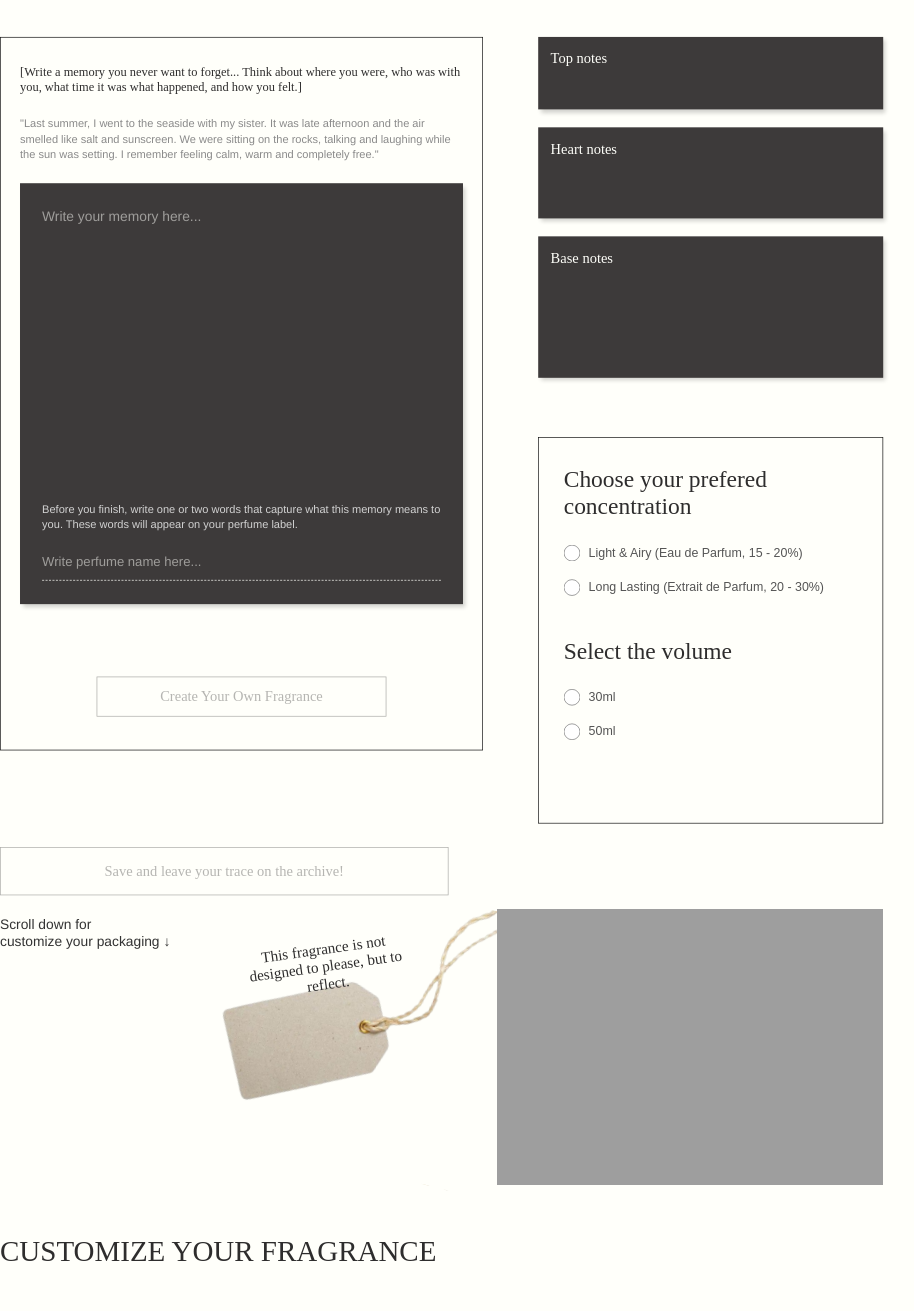
Repository: doagunes/Sillage
Page: /create
The author's editor kept a copy of each file at every save. The page is drawn from the files as they stood at one save, then again after a run of saves.
The browser window is 1280 px wide. The page is 1325 px wide, so the pictures cover 1325 px, including what lies to the right of the window. The pictures show the part of the page from y = 773 to 2673 px (the page is 4240 px tall), at 69% of full size.
Pictures or frames that could not be fetched are drawn as grey boxes. Some web fonts or font styles are not loaded; a fallback is used. The project was rebuilt for these pictures with package versions that can differ from the ones it lists, and the page was loaded fresh each time. Also part of the build but not shown: vite.config.js, src/pages/SignUp.css, src/pages/SignUp.jsx, src/pages/Login.css, src/pages/Login.jsx, src/components/DynamicPerfumeBottle.css, src/components/DynamicPerfumeBottle.jsx, src/pages/Account.css and 17 more.

Above is the page before, as saved 2026-06-06 12:51:02.

### index.html
<!doctype html>
<html lang="en">
  <head>
    <meta charset="UTF-8" />
    <link rel="icon" type="image/svg+xml" href="/favicon.svg" />
    <meta name="viewport" content="width=device-width, initial-scale=1.0" />
    <title>sillage</title>
  </head>
  <body>
    <div id="root"></div>
    <script type="module" src="/src/main.jsx"></script>
  </body>
</html>

### src/main.jsx
import React from 'react'
import ReactDOM from 'react-dom/client'
import App from './App'
import './index.css'
import "./styles/fonts.css";

ReactDOM.createRoot(document.getElementById('root')).render(
  <React.StrictMode>
    <App />
  </React.StrictMode>,
)

### src/App.jsx
import "./index.css";
import { BrowserRouter, Routes, Route } from "react-router-dom";
import { AuthProvider } from "./context/AuthContext";
import { CartProvider } from "./context/CartContext";

import SignUp from "./pages/SignUp";
import Login from "./pages/Login";
import Account from "./pages/Account";

import Home from "./pages/Home";
import About from "./pages/About";
import Create from "./pages/Create";
import Archive from "./pages/Archive";
import ArchiveDetail from "./pages/ArchiveDetail";
import Cart from "./pages/Cart";
import ScentDetail from "./pages/ScentDetail";

function App() {
  return (
    <AuthProvider>
      <CartProvider>
        <BrowserRouter>
          <Routes>
            <Route path="/" element={<Home />} />
            <Route path="/about" element={<About />} />
            <Route path="/create" element={<Create />} />
            <Route path="/archive" element={<Archive />} />
            <Route path="/archive/:id" element={<ArchiveDetail />} />

            <Route path="/signup" element={<SignUp />} />
            <Route path="/login" element={<Login />} />
            <Route path="/account" element={<Account />} />

            <Route path="/cart" element={<Cart />} />

            <Route path="/scents/:scentId" element={<ScentDetail />} />
          </Routes>
        </BrowserRouter>
      </CartProvider>
    </AuthProvider>
  );
}

export default App;

### src/index.css
@import "tailwindcss";

@font-face {
  font-family: "Richmond Display";
  src: url("./assets/fonts/RichmondDisplay-Light.otf") format("opentype");
  font-weight: 300;
  font-style: normal;
}

@font-face {
  font-family: "Helvetica Neue Light";
  src: url("./assets/fonts/HelveticaNeue-Light.otf") format("opentype");
  font-weight: 300;
  font-style: normal;
}

:root {
  --font-heading: "Richmond Display", serif;
  --font-body: "Helvetica Neue Light", Arial, sans-serif;
}

* {
  margin: 0;
  padding: 0;
  box-sizing: border-box;
}

body {
  background-color: #f7f3ee;
  font-family: var(--font-body);
}

h1,
h2,
h3,
h4,
h5,
h6 {
  font-family: var(--font-heading);
  font-weight: 300;
}
@keyframes luxuryFade {
  from {
    opacity: 0;
    transform: translateY(40px);
    filter: blur(8px);
  }

  to {
    opacity: 1;
    transform: translateY(0);
    filter: blur(0);
  }
}

.page-enter {
  animation: luxuryFade 1.8s cubic-bezier(0.22, 1, 0.36, 1);
}

### src/styles/fonts.css
@font-face {
  font-family: "Richmond Display";
  src: url("../assets/fonts/RichmondDisplay-Light.otf")
    format("opentype");
  font-weight: 300;
  font-style: normal;
}

@font-face {
  font-family: "Helvetica Neue Light";
  src: url("../assets/fonts/HelveticaNeue-Light.otf")
    format("opentype");
  font-weight: 300;
  font-style: normal;
}

### src/context/AuthContext.jsx
import { createContext, useContext, useEffect, useState } from "react";

const AuthContext = createContext();

const API_URL = "http://localhost:5001/api";

export function AuthProvider({ children }) {
  const [user, setUser] = useState(null);

  useEffect(() => {
    const savedCurrentUser = localStorage.getItem("sillageCurrentUser");

    if (savedCurrentUser) {
      setUser(JSON.parse(savedCurrentUser));
    }
  }, []);

  const signup = async ({ username, email, password }) => {
    try {
      const response = await fetch(`${API_URL}/signup`, {
        method: "POST",
        headers: {
          "Content-Type": "application/json",
        },
        body: JSON.stringify({
          username,
          email,
          password,
        }),
      });

      const data = await response.json();

      if (!response.ok) {
        return {
          success: false,
          message: data.message || "Signup failed.",
        };
      }

      localStorage.setItem("sillageCurrentUser", JSON.stringify(data));
      setUser(data);

      return {
        success: true,
        user: data,
      };
    } catch (error) {
      return {
        success: false,
        message: "Could not connect to the server.",
      };
    }
  };

  const login = async (email, password) => {
    try {
      const response = await fetch(`${API_URL}/login`, {
        method: "POST",
        headers: {
          "Content-Type": "application/json",
        },
        body: JSON.stringify({
          email,
          password,
        }),
      });

      const data = await response.json();

      if (!response.ok) {
        return {
          success: false,
          message: data.message || "Login failed.",
        };
      }

      localStorage.setItem("sillageCurrentUser", JSON.stringify(data));
      setUser(data);

      return {
        success: true,
        user: data,
      };
    } catch (error) {
      return {
        success: false,
        message: "Could not connect to the server.",
      };
    }
  };

  const logout = () => {
    localStorage.removeItem("sillageCurrentUser");
    setUser(null);
  };

  const isLoggedIn = Boolean(user);

  return (
    <AuthContext.Provider value={{ user, isLoggedIn, signup, login, logout }}>
      {children}
    </AuthContext.Provider>
  );
}

export function useAuth() {
  return useContext(AuthContext);
}

### src/components/Navbar.jsx
import "./Navbar.css";
import { Link } from "react-router-dom";
import { useAuth } from "../context/AuthContext";

import logo from "../assets/navbar/sillage-logo.svg";
import userIcon from "../assets/navbar/user-icon.svg";
import bagIcon from "../assets/navbar/bag-icon.svg";
import instagramIcon from "../assets/navbar/instagram-icon.svg";

function Navbar() {
  const { isLoggedIn } = useAuth();

  return (
    <header className="navbar">
      <Link to="/" className="logo">
        <img src={logo} alt="sillage" />
      </Link>

      <nav className="nav-links">
        <Link to="/about">About</Link>
        <Link to="/create">Create Your Own Fragrance</Link>
        <Link to="/archive">Memory Archive</Link>
      </nav>

      <div className="nav-icons">
        <Link to={isLoggedIn ? "/account" : "/signup"} className="nav-icon-link">
          <img src={userIcon} alt="Account" />
        </Link>

        <Link to="/cart" className="nav-icon-link">
          <img src={bagIcon} alt="Cart" />
        </Link>

        <a
          href="https://www.instagram.com/"
          target="_blank"
          rel="noreferrer"
          className="nav-icon-link"
        >
          <img src={instagramIcon} alt="Instagram" />
        </a>
      </div>
    </header>
  );
}

export default Navbar;

### src/components/Footer.jsx
import "./Footer.css";
import { Link } from "react-router-dom";
import logo from "../assets/sillage-logo-b.svg";

function Footer() {
  return (
    <footer className="footer">
      <Link to="/" className="footer-brand">
        <img src={logo} alt="Sillage" />
      </Link>

      <div className="footer-col">
        <Link to="/about">
          <h3>About</h3>
        </Link>
      </div>

      <div className="footer-col">
        <h3>Scent Studio</h3>

        <Link to="/create">
          Create Your Own Perfume
        </Link>

        <Link to="/create">
          Customize Your Packaging
        </Link>
      </div>

      <div className="footer-col">
        <Link to="/archive">
          <h3>Memory Archive</h3>
        </Link>
      </div>

      <div className="footer-col contact">
        <h3>Contacts</h3>

        <p>info@sillageperfumery.com.tr</p>

        <p>
          +90 123 456 78 90 &nbsp; | &nbsp; Izmir / Turkey
        </p>
      </div>
    </footer>
  );
}

export default Footer;

### src/pages/Create.css
.create-page {
  background: #fffffa;
  color: #2E2D2D;
  font-family: "Helvetica Neue", Arial, sans-serif;
}

/* HERO */

.create-hero {
  width: 1280px;
  margin: 0 auto;
  display: grid;
  grid-template-columns: 50% 50%;
  border-left: 1px solid #111;
  border-right: 1px solid #111;
  border-bottom: 1px solid #111;
  border-top: none;
}

.create-hero-left {
  height: 330px;
  padding: 42px 32px 28px;
  box-sizing: border-box;

  display: flex;
  flex-direction: column;
  justify-content: space-between;
}

.create-hero-left h1 {
  margin: 0;
  font-family: "Richmond Display", serif;
  font-size: 44px;
  line-height: 1.18;
  font-weight: 300;
  letter-spacing: 0.01em;
  color: #2E2D2D;
}

.create-hero-left p {
  margin: 0;
  font-size: 36px;
  font-weight: 300;
  line-height: 1;
}

.create-hero-image {
  height: 330px;
  border-left: 1px solid #111;
  overflow: hidden;
}

.create-hero-image img {
  width: 100%;
  height: 100%;
  object-fit: cover;
  filter: grayscale(100%);
  display: block;
}

/* STEPS */

.steps-grid {
  width: 1280px;
  margin: 0 auto 62px;
  display: grid;
  grid-template-columns: repeat(4, 1fr);
  border-left: 1px solid #111;
}

.step-card {
  min-height: 270px;
  border-right: 1px solid #111;
  border-bottom: 1px solid #111;
  position: relative;
  padding: 100px 28px 28px;
  box-sizing: border-box;
}

.step-number {
  position: absolute;
  top: 0;
  left: 0;
  width: 66px;
  height: 66px;
  border-right: 1px solid #111;
  border-bottom: 1px solid #111;

  display: flex;
  align-items: center;
  justify-content: center;

  font-family: "Richmond Display", serif;
  font-size: 44px;
  font-weight: 300;
  line-height: 1;
}

.step-card p {
  margin: 0;
  font-size: 30px;
  line-height: 1.22;
  font-weight: 100;
}

/* CREATE MAIN */

.create-main {
  width: 1280px;
  margin: 70px auto 0;

  display: grid;
  grid-template-columns: 700px 500px;

  gap: 80px;

  align-items: start;
}

.memory-panel {
  border: 1px solid #111;
  padding: 38px 28px 48px;
  min-height: 900px;
  box-sizing: border-box;
}

.memory-panel h3 {
  margin: 0 0 30px;
  font-family: "Richmond Display", serif;
  font-size: 18px;
  font-weight: 400;
  line-height: 1.28;
}

.memory-panel > p {
  margin: 0 0 32px;
  color: #8a8a8a;
  font-size: 16px;
  line-height: 1.35;
  font-family: "Helvetica Neue", Arial, sans-serif;
}

.memory-input {
  background: #3d3a3a;
  color: #fffffa;
  height: 610px;
  padding: 34px 32px;
  box-sizing: border-box;
  display: flex;
  flex-direction: column;
  box-shadow: 4px 5px 6px rgba(0, 0, 0, 0.18);
  font-family: "Helvetica Neue", Arial, sans-serif;
}

.memory-input textarea {
  flex: 1;
  min-height: 360px;
  background: transparent;
  border: none;
  color: #fffffa;
  font-size: 20px;
  line-height: 1.4;
  outline: none;
  resize: none;
}

.memory-input span {
  color: #d2d2d2;
  font-size: 16px;
  line-height: 1.35;
  margin-top: auto;
}

.memory-title-input {
  margin-top: 22px;
  background: transparent;
  border: none;
  border-bottom: 1px dashed #fffffa;
  color: #fffffa;
  font-size: 19px;
  outline: none;
  padding: 8px 0 12px;
}

.memory-panel > button {
  width: 420px;
  height: 58px;
  margin: 105px auto 0;
  display: block;
  border: 1px solid #111;
  background: transparent;
  font-family: "Richmond Display", serif;
  font-size: 21px;
  cursor: pointer;
}

/* NOTES */

.notes-panel {
  display: grid;
  grid-template-columns: 1fr;
  gap: 26px;
}

.note-box {
  height: 105px;
  background: #3d3a3a;
  color: #fffffa;
  padding: 16px 18px;
  box-sizing: border-box;
  box-shadow: 4px 5px 6px rgba(0, 0, 0, 0.18);

  overflow-y: auto;
  overflow-x: hidden;
}

.note-heart {
  height: 132px;
  overflow-y: auto;
}

.note-base {
  height: 205px;
  overflow-y: auto;
}

.note-box h3 {
  margin: 0 0 8px;
  font-family: "Richmond Display", serif;
  font-size: 21px;
  font-weight: 300;
}

/* OPTIONS */

.options-box {
  border: 1px solid #111;

  min-height: 560px;

  padding: 40px 36px;

  box-sizing: border-box;

  margin-top: 60px;

  background: #fffffa;
}

.options-box h3 {
  margin: 0 0 36px;

  font-family: "Richmond Display", serif;
  font-size: 34px;
  font-weight: 300;
  line-height: 1.15;

  color: #2E2D2D;
}

.options-box h3:nth-of-type(2) {
  margin-top: 60px;
}

.options-box label {
  display: flex;
  align-items: center;

  margin-bottom: 26px;

  font-family: "Helvetica Neue Light", sans-serif;
  font-size: 18px;
  font-weight: 300;
  line-height: 1.3;

  color: #555;
}

.options-box input {
  width: 24px;
  height: 24px;

  margin-right: 12px;

  accent-color: #111;

  flex-shrink: 0;
}

/* SAVE */

.archive-save {
  width: 1280px;
  margin: 34px auto 80px;
  position: relative;
  z-index: 20;
}

.archive-save button {
  width: 650px;
  height: 70px;
  border: 1px solid #111;
  background: transparent;
  font-family: "Richmond Display", serif;
  font-size: 21px;
  cursor: pointer;
  position: relative;
  z-index: 21;
}

/* TAG */

.tag-section {
  width: 1280px;
  height: 360px;
  margin: 0 auto 45px;
  position: relative;
}

.scroll-hint {
  position: absolute;
  left: 0;
  top: -50px;

  display: flex;
  flex-direction: column;

  font-size: 20px;
  font-weight: 300;
  line-height: 1.25;
  color: #333;
}

.tag-wrapper {
  position: absolute;
  left: 257px;
  top: -150px;

  width: 500px;
  height: auto;
}

.tag-img {
  width: 500px;
  height: auto;
  display: block;
}

.tag-text {
  position: absolute;

  left: 90px;
  top: 135px;

  width: 250px;

  font-family: var(--font-heading);
  font-size: 22px;
  font-weight: 300;
  line-height: 1.15;
  text-align: center;
  color: #2e2d2d;

  transform: rotate(-8deg);
}

.tag-photo-img {
  position: absolute;
  right: 0;
  top: -60px;

  width: 560px;
  height: 400px;
  object-fit: cover;
  display: block;
}

/* CUSTOMIZE SECTION */

.customize-section {
  width: 1280px;
  margin: 0 auto 90px;
}

.customize-section h2 {
  font-family: "Richmond Display", serif;
  font-size: 42px;
  font-weight: 100;
  margin: 0 0 55px;
  color: #2E2D2D;
}

.customize-grid {
  display: grid;
  grid-template-columns: 58% 42%;
  gap: 45px;
  align-items: start;
}

.package-preview {
  width: 100%;
  height: 670px;
  overflow: hidden;
}

.package-preview img {
  width: 100%;
  height: 100%;
  object-fit: cover;
  display: block;
}

/* RIGHT PANEL */

.package-customize-panel h3 {
  font-family: "Richmond Display", serif;
  font-size: 28px;
  font-weight: 300;
  line-height: 1.2;
  margin: 0 0 35px;
  color: #222;
}

.package-upload-box {
  height: 260px;
  border: 2px dashed #c9d1d8;
  display: flex;
  flex-direction: column;
  align-items: center;
  justify-content: center;
  gap: 22px;
  position: relative;
  margin-bottom: 150px;
}

.upload-icon {
  font-size: 34px;
  color: #111;
  line-height: 1;
}

.package-upload-box p {
  margin: 0;
  text-align: center;
  font-size: 25px;
  font-weight: 300;
  line-height: 1.25;
  color: #666;
}

.package-upload-plus {
  width: 58px;
  height: 58px;
  background: #202020;
  color: #fffffa;
  display: flex;
  align-items: center;
  justify-content: center;
  font-size: 34px;
  font-weight: 300;
  cursor: pointer;
}

.package-upload-preview {
  width: 100%;
  height: 100%;
  object-fit: cover;
}

.package-description {
  font-size: 19px;
  font-weight: 100;
  line-height: 1.22;
  color: #333;
  margin: 0;
}

/* PACKAGING CHOICE */

.packaging-choice-section {
  width: 1280px;
  margin: 120px auto 110px;
  display: grid;
  grid-template-columns: 760px 430px;
  gap: 90px;
  align-items: start;
}

.packaging-options {
  display: grid;
  grid-template-columns: 1fr 1fr;
  border: 1px solid #111;
}

.packaging-card {
  padding: 26px 24px 34px;
  min-height: 520px;
  border-right: 1px solid #111;
  box-sizing: border-box;
  cursor: pointer;
}

.packaging-card:last-child {
  border-right: none;
}

.packaging-title {
  display: flex;
  align-items: center;
  gap: 18px;
  margin-bottom: 24px;

  font-family: "Richmond Display", serif;
  font-size: 24px;
  font-weight: 300;
  line-height: 1.15;
}

.packaging-title input {
  width: 22px;
  height: 22px;
  accent-color: #111;
}

.packaging-image {
  width: 100%;
  height: 390px;
  overflow: hidden;
}

.packaging-image img {
  width: 100%;
  height: 100%;
  object-fit: cover;
  display: block;
}

/* RIGHT MEMORY LINE */

.memory-line-panel {
  width: 100%;
}

.memory-line-box {
  border: 1px solid #111;
  padding: 28px 26px 20px;
  box-sizing: border-box;
}

.memory-line-box h3 {
  margin: 0 0 34px;
  font-family: "Richmond Display", serif;
  font-size: 28px;
  font-weight: 300;
  line-height: 1.12;
}

.memory-line-box p {
  margin: 0 0 26px;
  font-size: 21px;
  font-weight: 300;
  line-height: 1.22;
}

.memory-line-box textarea {
  width: 100%;
  height: 150px;
  background: #3D3B3B;
  color: #fffffa;
  border: none;
  padding: 22px;
  box-sizing: border-box;
  resize: none;
  outline: none;

  font-size: 20px;
  font-family: "Helvetica Neue", Arial, sans-serif;
}

.final-cart-btn {
  width: 100%;
  height: 70px;
  margin-top: 42px;
  border: 1px solid #111;
  background: transparent;

  font-family: "Richmond Display", serif;
  font-size: 31px;
  font-weight: 300;
  text-align: left;
  padding-left: 22px;
  cursor: pointer;
}

.final-cart-btn:disabled {
  opacity: 0.35;
  cursor: not-allowed;
  pointer-events: none;
}

/* PLACEHOLDER */

.placeholder {
  background: #ddd9d3;
  color: #777;
  display: flex;
  align-items: center;
  justify-content: center;
}

/* RESPONSIVE */

@media (max-width: 900px) {
  .create-hero,
  .steps-grid,
  .create-main,
  .archive-save,
  .tag-section,
  .customize-section,
  .packaging-choice-section {
    width: calc(100% - 32px);
  }

  .create-hero,
  .create-main,
  .customize-grid,
  .packaging-choice-section {
    grid-template-columns: 1fr;
  }

  .steps-grid {
    grid-template-columns: 1fr;
  }

  .archive-save button,
  .memory-panel > button {
    width: 100%;
  }

  .tag-section {
    grid-template-columns: 1fr;
  }

  .packaging-options {
    grid-template-columns: 1fr;
  }

  .packaging-card {
    border-right: none;
    border-bottom: 1px solid #111;
  }
}
.disabled-cart-btn {
  opacity: 0.35;
  cursor: not-allowed;
}

.cart-error-message {
  margin: 24px 0 -24px;
  color: #8b0000;
  font-family: Arial, sans-serif;
  font-size: 15px;
}

.create-fragrance-btn:disabled,
.save-trace-btn:disabled {
  opacity: 0.35;
  cursor: not-allowed;
  pointer-events: none;
}

.create-fragrance-btn:not(:disabled),
.save-trace-btn:not(:disabled) {
  opacity: 1;
  cursor: pointer;
}
.final-cart-btn:disabled,
.create-fragrance-btn:disabled,
.save-trace-btn:disabled {
  opacity: 0.35;
  cursor: not-allowed;
  pointer-events: none;
}

.disabled-packaging-card {
  opacity: 0.45;
  cursor: not-allowed;
}
.package-upload-box .upload-icon {
  font-size: 38px;
}

.package-upload-box p {
  text-align: center;
}

### src/components/Navbar.css
.navbar {
  height: 150px;

  display: grid;
  grid-template-columns: 420px 1fr 220px;

  align-items: center;

  padding: 0 60px;

  background: #fffffa;
  border-bottom: 1px solid #111;
}

.logo {
  justify-self: start;
}

.logo img {
  width: 288px;
  height: auto;
  display: block;
}

.nav-links {
  display: flex;
  justify-content: center;
  align-items: center;

  gap: 90px;

  margin-top: 53px;
}

.nav-links a {
  color: #111;
  text-decoration: none;

  font-family: "Helvetica Neue", Arial, sans-serif;
  font-size: 22px;
  font-weight: 300;
  line-height: 1.15;
}

.nav-icons {
  display: flex;
  justify-content: flex-end;
  align-items: center;

  gap: 24px;

  margin-top: 53px;
}

.nav-icon-link {
  display: flex;
  align-items: center;
  justify-content: center;
  text-decoration: none;
}

.nav-icon-link img {
  width: 20px;
  height: 20px;
  object-fit: contain;
}

### src/components/Footer.css
.footer {
  background: #222222;
  color: #f5f5f2;

  height: 145px;
  padding: 28px 120px 24px;

  display: grid;
  grid-template-columns: 2.2fr 0.8fr 1.4fr 1.2fr 1.4fr;
  align-items: start;
  column-gap: 90px;

  box-sizing: border-box;
  overflow: hidden;
}

.footer-brand {
  display: flex;
  align-items: flex-start;
  justify-content: flex-start;
  margin-left: -30px; /* sola yaklaştır */
}

.footer-brand img {
  width: 260px; /* büyüt */
  height: auto;
  display: block;
  margin-top: -120px;
}

.footer-col {
  display: flex;
  flex-direction: column;
}

.footer-col h3,
.footer-title-link {
  font-family: Georgia, "Times New Roman", serif;
  font-size: 18px;
  font-weight: 400;
  color: #f5f5f2;
  text-decoration: none;
  margin: 0 0 18px;
  line-height: 1;
}

.footer-col a,
.footer-col p {
  color: rgba(255, 255, 255, 0.78);
  text-decoration: none;

  font-size: 14px;
  font-weight: 300;
  line-height: 1.35;

  margin: 0 0 6px;
}

.footer-col a:hover,
.footer-title-link:hover {
  color: white;
}

.contact p:first-of-type {
  margin-bottom: 8px;
}

Loaded but not shown: src/data/scentWords.js (584 lines, source omitted); src/utils/analyzeMemory.js (50 lines, source omitted); src/pages/Create.jsx (448 lines, source omitted); src/pages/Home.css (477 lines, source omitted); src/context/CartContext.jsx (158 lines, source omitted)

After the next 5 saves:
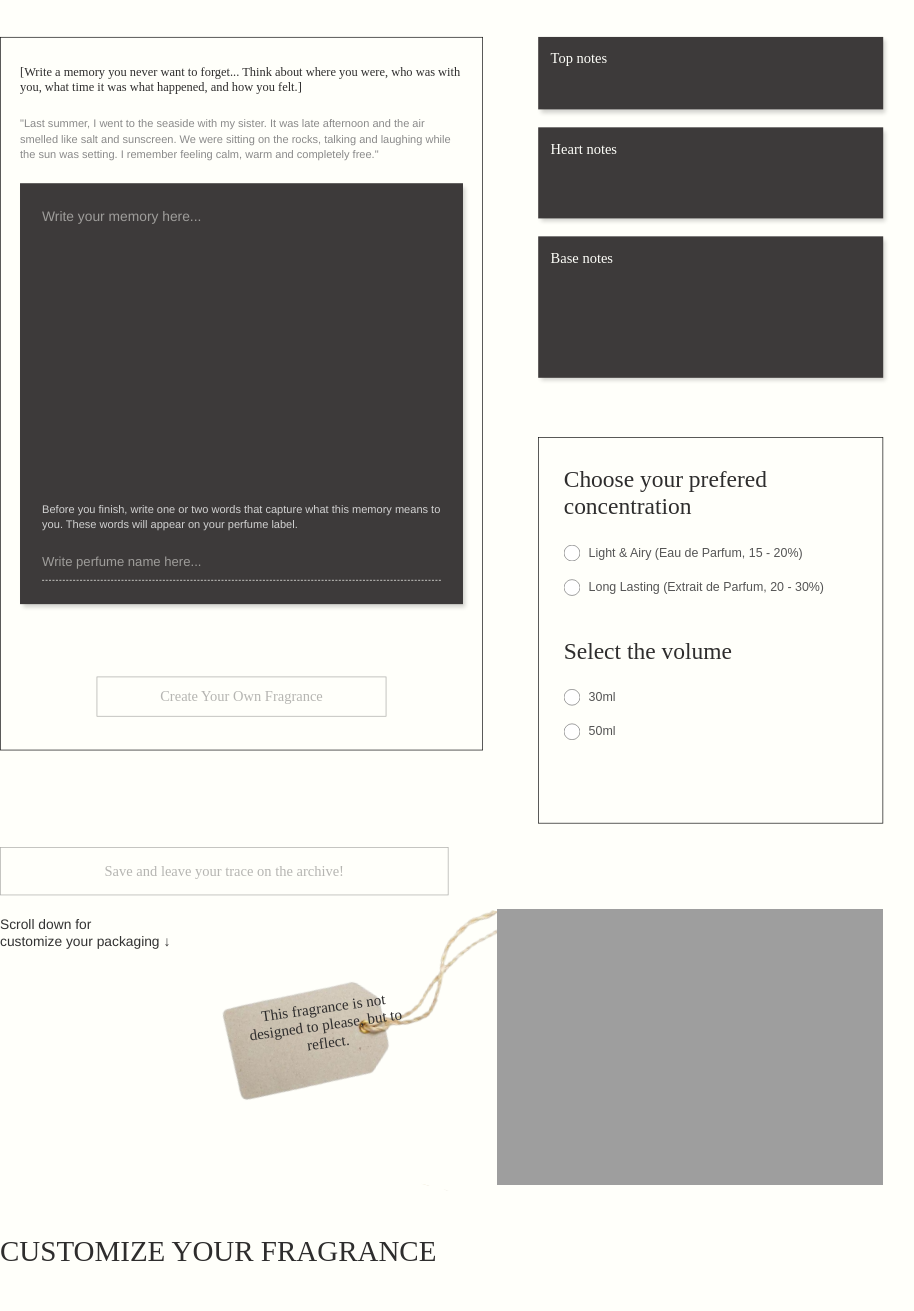
The 5 saves are shown as one change because they came seconds apart.
The last was saved 22 s later.
--- a/src/pages/Create.css
+++ b/src/pages/Create.css
@@ -350,7 +350,7 @@
   position: absolute;
 
   left: 90px;
-  top: 135px;
+  top: 220px;
 
   width: 250px;
 
